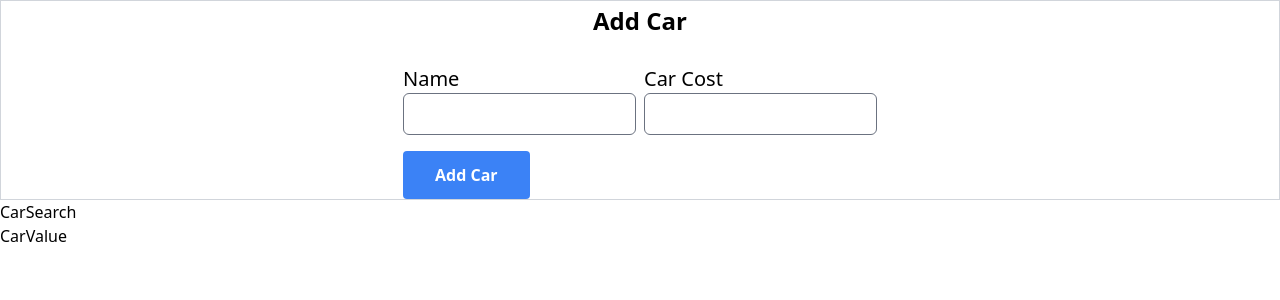
Repository: Marhamat92/carsappreduxtoolkit
Page: /
The author's editor kept a copy of each file at every save. The page is drawn from the files as they stood at one save, then again after the next save.
The browser window is 1280 px wide. The pictures show the whole page.
The project was rebuilt for these pictures with package versions that can differ from the ones it lists, and the page was loaded fresh each time.

Above is the page before, as saved 2023-01-23 23:03:10.

### src/index.js
import React from 'react';
import ReactDOM from 'react-dom/client';
import './index.css';
import App from './App';
import { Provider } from 'react-redux';
import { store } from './store'


const root = ReactDOM.createRoot(document.getElementById('root'));
root.render(
  <Provider store={store}>
    <App />
  </Provider>
);

### src/App.js
import CarForm from "./components/CarForm";
import CarList from "./components/CarList";
import CarSearch from "./components/CarSearch";
import CarValue from "./components/CarValue";


function App() {
  return (
    <div className="container mx-auto">
      <CarForm />
      <CarSearch />
      <CarList />
      <CarValue />
    </div>
  );
}

export default App;

### src/store/index.js
import { configureStore } from "@reduxjs/toolkit";
import {
  carsReducer,
  addCar,
  removeCar,
  changeSearchTerm,
} from "./slices/carsSlice";
import { formReducer, changeName, changeCost } from "./slices/formSlice";

const store = configureStore({
  reducer: {
    cars: carsReducer,
    form: formReducer,
  },
})

export { store, addCar, removeCar, changeSearchTerm, changeName, changeCost };

### src/components/CarForm.js
import React from 'react'
import { useDispatch, useSelector } from 'react-redux'
import { changeName, changeCost, addCar } from '../store'



function CarForm() {
  const dispatch = useDispatch(); // this is the hook that allows us to dispatch actions to the store
  const { name, cost } = useSelector((state) => { // this is the hook that allows us to access the store
    return {
      name: state.form.name,
      cost: state.form.cost
    }
  })


  const handleNameChange = (e) => {
    dispatch(changeName(e.target.value))
  }

  const handleCostChange = (e) => {
    const carCost = parseInt(e.target.value) || 0;
    dispatch(changeCost(carCost))

  }


  const handleSubmit = (e) => {
    e.preventDefault();
    dispatch(addCar({ name, cost }))
  }



  return (
    <div className='flex flex-col items-center justify-center border border-gray-300'>
      <h1 className='font-bold text-2xl py-1' >Add Car</h1>
      <div className='mt-6'>
        <form onSubmit={handleSubmit} className=''>
          <div className='flex flex-row space-x-2'>
            <div className='flex flex-col'>
              <label className='text-xl' htmlFor='make'>Name</label>
              <input className=' border border-gray-500 rounded-md py-2

              ' value={name} onChange={handleNameChange} type='text' name='carName' id='carName' />
            </div>
            <div className='flex flex-col'>
              <label className='text-xl' htmlFor='price'>Car Cost</label>
              <input className=' border border-gray-500 rounded-md py-2

              ' value={cost || ''} onChange={handleCostChange} type='number' name='price' id='price' />
            </div>
          </div>
          <button className='bg-blue-500 hover:bg-blue-700 text-white font-bold py-3  px-8 rounded mt-4' type='submit'>Add Car</button>
        </form>
      </div>
    </div>
  )
}

export default CarForm

### src/components/CarList.js
import React from 'react'
import { useSelector, useDispatch } from 'react-redux'
import { removeCar } from '../store'


function CarList() {


  const dispatch = useDispatch();

  const cars = useSelector((state) => {
    return state.cars.data;
  })

  const handleDeleteCar = (car) => {
    dispatch(removeCar(car.id))
  }



  const renderedCars = cars.map((car) => {
    return (
      <div className='flex space-x-3 space-y-3 items-center' key={car.id}>
        <p className='text-3xl' >{car.name} - ${car.cost}</p>
        <button onClick={() => handleDeleteCar(car)} className='bg-red-500 px-4 py-2 text-3xl rounded-md'>
          Remove
        </button>
      </div>
    )
  })




  return (
    <div>{renderedCars}</div>
  )
}

export default CarList

### src/components/CarSearch.js
import React from 'react'

function CarSearch() {
  return (
    <div>CarSearch</div>
  )
}

export default CarSearch

### src/components/CarValue.js
import React from 'react'

function CarValue() {
  return (
    <div>CarValue</div>
  )
}

export default CarValue

### src/store/slices/carsSlice.js
import { createSlice, nanoid } from '@reduxjs/toolkit';

const carsSlice = createSlice({
  name: 'cars',
  initialState: {
    data: [],
    searchTerm: ''
  },
  reducers: {
    changeSearchTerm(state, action) {
      state.searchTerm = action.payload;
    },
    addCar(state, action) {
      //Assumption:
      //action.payload is an object with the following properties:
      //name, cost, id
      state.data.push({
        name: action.payload.name,
        cost: action.payload.cost,
        id: nanoid()
      })
    },
    removeCar(state, action) {
      //Assumption:
      //action.payload is the id of the car to remove
      const updatedCars = state.data.filter((car) => {
        return car.id !== action.payload;
      })
      state.data = updatedCars;
    }

  }
})

export const { changeSearchTerm, addCar, removeCar } = carsSlice.actions;
export const carsReducer = carsSlice.reducer;

### src/store/slices/formSlice.js
import { createSlice } from '@reduxjs/toolkit';

const formSlice = createSlice({
  name: 'form',
  initialState: {
    name: '',
    cost: 0
  },
  reducers: {
    changeName(state, action) {
      state.name = action.payload;
    },
    changeCost(state, action) {
      state.cost = action.payload;
    }
  }
})

export const { changeName, changeCost } = formSlice.actions;
export const formReducer = formSlice.reducer;

Loaded but not shown: public/index.html (common file); src/index.css (common file); tailwind.config.js (common file)

After the next save:
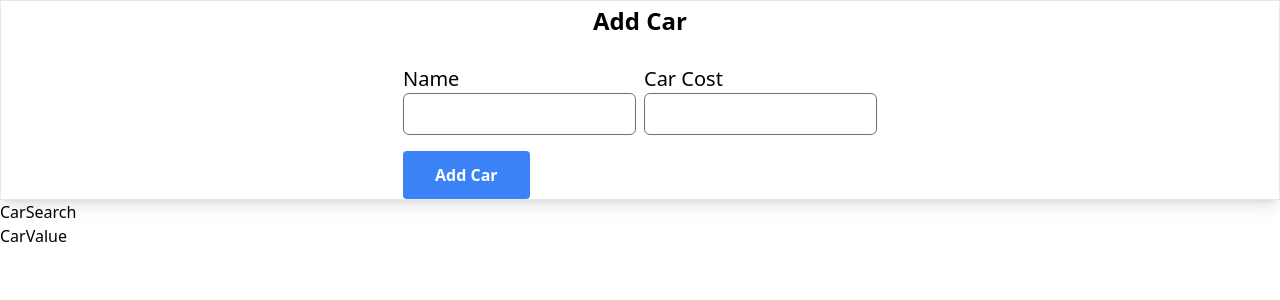
Saved 53 s later.
--- a/src/components/CarForm.js
+++ b/src/components/CarForm.js
@@ -33,7 +33,7 @@ function CarForm() {
 
 
   return (
-    <div className='flex flex-col items-center justify-center border border-gray-300'>
+    <div className='flex flex-col items-center justify-center border shadow-lg'>
       <h1 className='font-bold text-2xl py-1' >Add Car</h1>
       <div className='mt-6'>
         <form onSubmit={handleSubmit} className=''>
